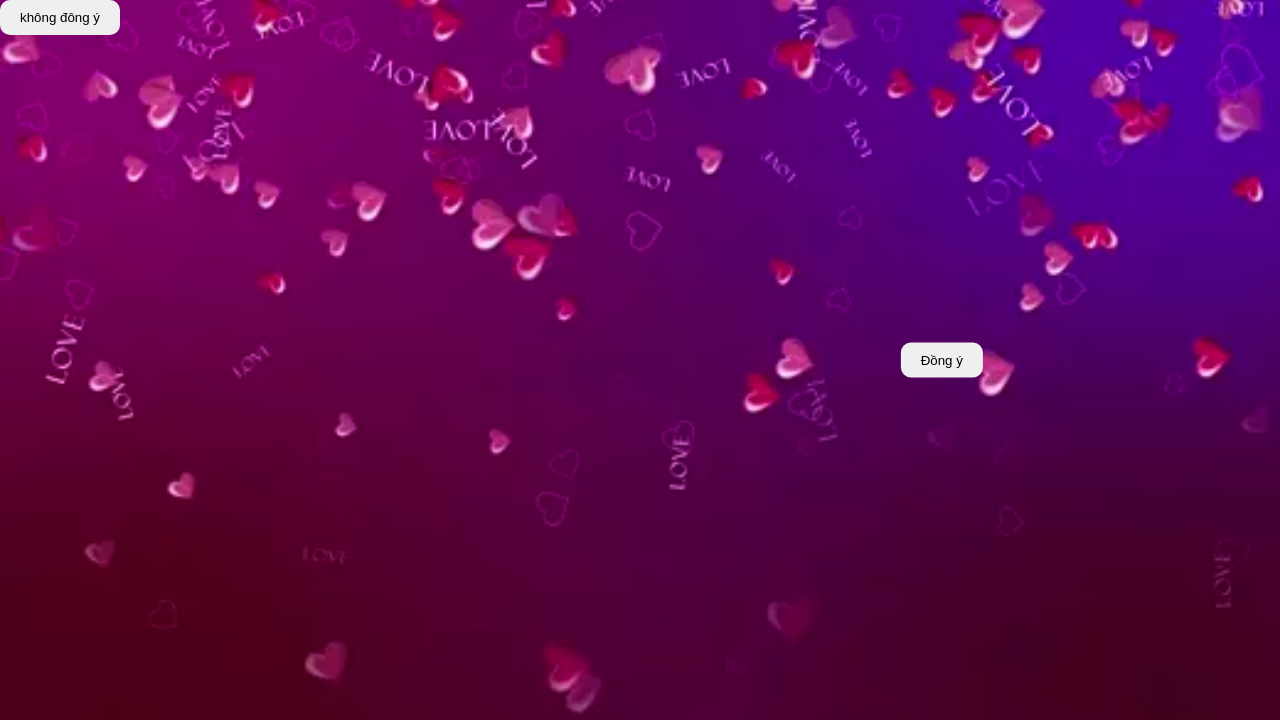
Repository: kuluong2000/love
Page: index.html
These files come from the project's save history. The page is drawn as it stood at one moment and after the next save; the edit follows.
The browser window is 1280 px wide. The pictures show the whole page.

Above is the page before, as saved 2022-06-04 21:44:33.

### index.html
<!DOCTYPE html>
<html lang="en">
  <head>
    <meta charset="UTF-8" />
    <meta http-equiv="X-UA-Compatible" content="IE=edge" />
    <meta name="viewport" content="width=device-width, initial-scale=1.0" />
    <link rel="stylesheet" href="app.css" />
    <title>Document</title>
  </head>
  <body>
    <div class="love">
      <button class="love-success btn">Đồng ý</button>
      <button class="love-fail btn">không đông ý</button>
    </div>
  </body>
</html>

### app.css
* {
  padding: 0;
  margin: 0;
  box-sizing: border-box;
}
.love {
  position: relative;
  width: 100%;
  height: 100vh;
  background: url("./image/bg.webp") no-repeat center / cover;
}
.btn {
  position: absolute;
  border: none;
  outline: none;
  cursor: pointer;
  padding: 10px 20px;
  border-radius: 10px;
}
.love-success {
  right: 20%;
  top: 50%;
  transform: translate(-50%, -50%);
}

After the next save:
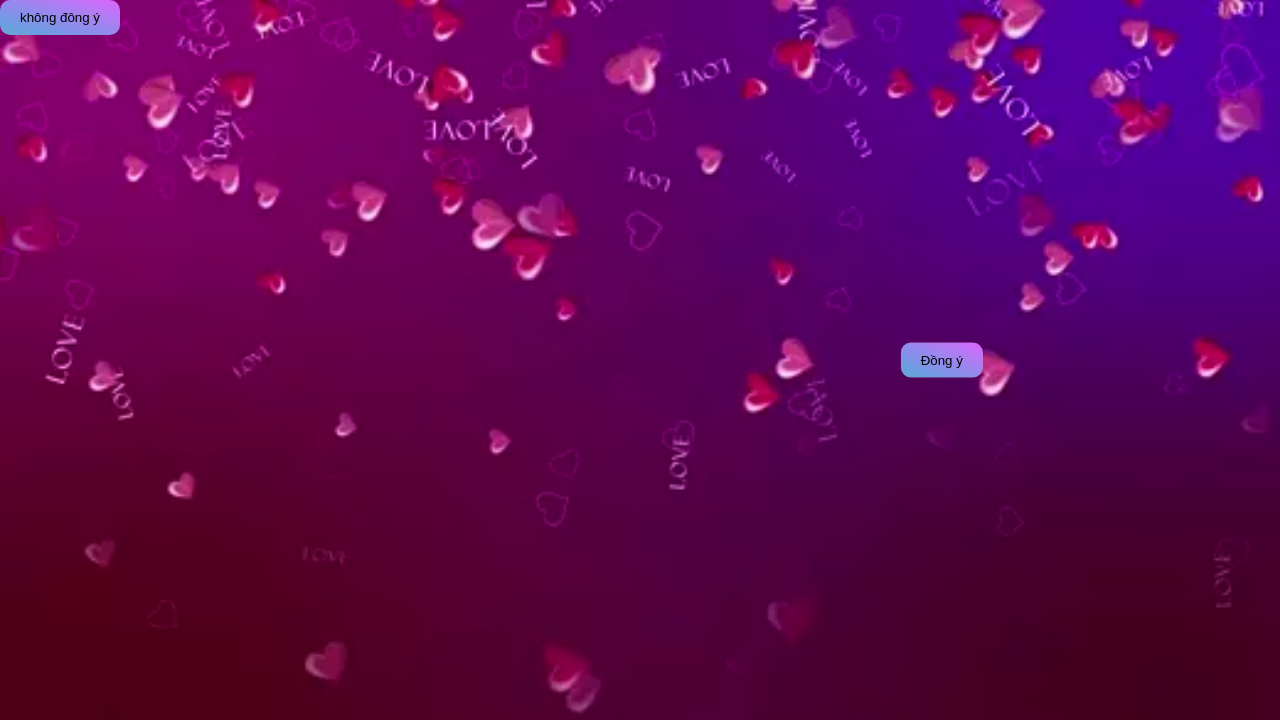
Saved 5 min 45 s later.
--- a/app.css
+++ b/app.css
@@ -16,6 +16,7 @@
   cursor: pointer;
   padding: 10px 20px;
   border-radius: 10px;
+  background-image: linear-gradient(to right top, #6ba6d1, #69a2d9, #6c9ee0, #7698e5, #8491e8, #8e8cec, #9b87ef, #a980f0, #b57af5, #c273f8, #d06afa, #df5ffb);
 }
 .love-success {
   right: 20%;
